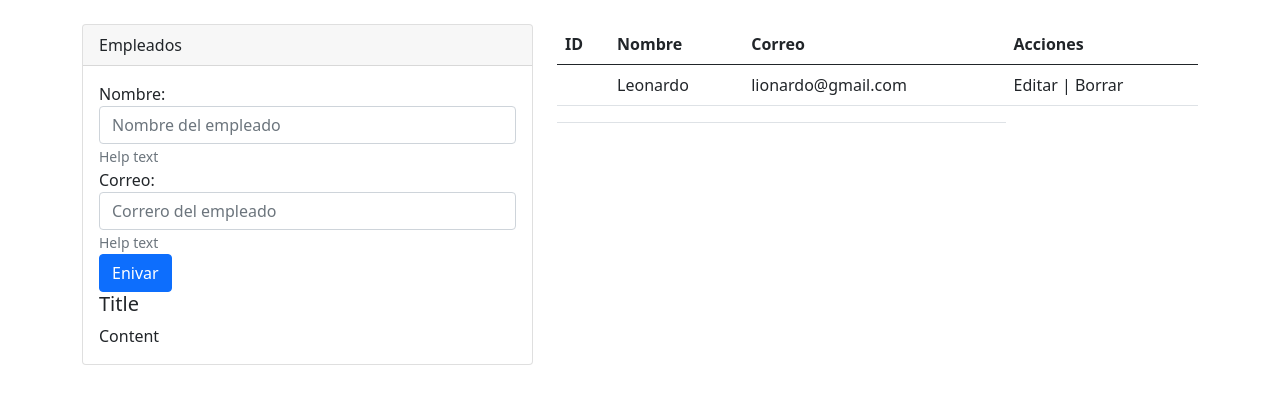
Repository: LionardoGomiz/CRUD-JS-VAINILLA
Page: index.html
An editor plug-in stored every save of this project. The page is shown before and after the next save, followed by the edit.
The browser window is 1280 px wide. The pictures show the whole page.

Above is the page before, as saved 2021-08-09 17:30:03.

After the next save:
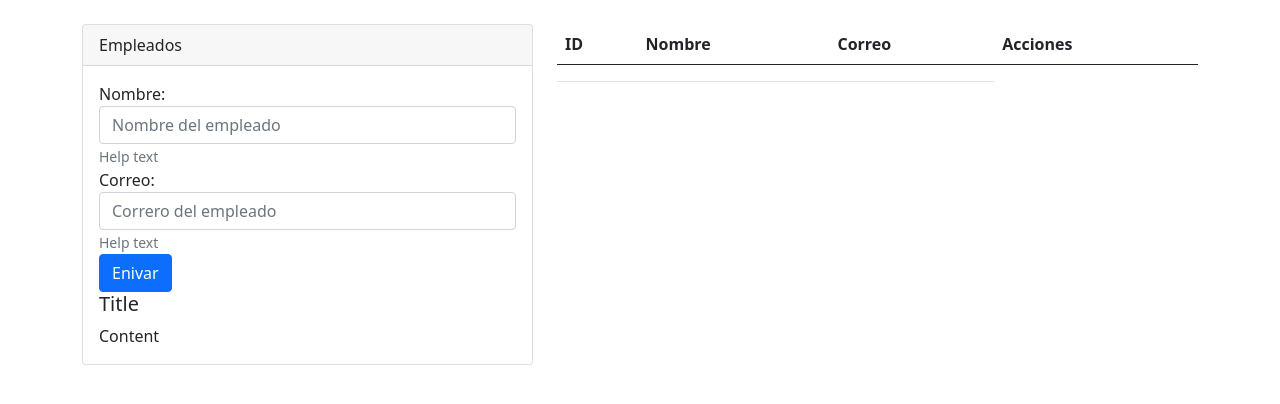
Console error: SyntaxError: Unexpected identifier 'row'
Saved 8 min 28 s later.
--- a/index.html
+++ b/index.html
@@ -52,12 +52,7 @@
                         </tr>
                     </thead>
                     <tbody id="empleados">
-                        <tr>
-                            <td></td>
-                            <td scope="row">Leonardo</td>
-                            <td>lionardo@gmail.com</td>
-                            <td>Editar | Borrar</td>
-                        </tr>
+
                         <tr>
                             <td scope="row"></td>
                             <td></td>
@@ -70,6 +65,8 @@
     </div>
     <script>
         var aplicacion = new function(){
+            this.empledos = document.getElementById("empleados");
+         datos = "<tr><td></td><td scope="row">Leonardo</td><td>lionardo@gmail.com</td><td>Editar | Borrar</td></tr>";
 
         }
     </script>
